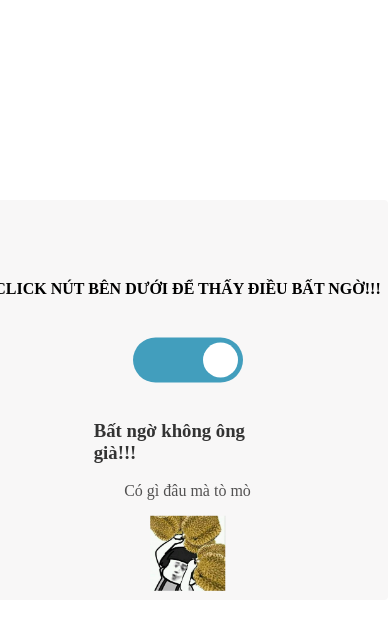
Repository: haokiet2501/troll-my-react
Page: /, after clicking the first element matching `div.toggle-center`
An editor plug-in stored every save of this project. The page is shown before and after the next save, followed by the edit.
The browser window is 375 px wide. The page is 388 px wide, then 375 px, so the pictures cover 388 px, including what lies to the right of the window. The pictures show the whole page.
The project was rebuilt for these pictures with package versions that can differ from the ones it lists, and the page was loaded fresh each time.

Above is the page before, as saved 2022-07-30 23:33:26.

### src/index.css
.toggle-center {
  position: absolute;
  top: 50%;
  left: 50%;
  transform: translate(-50%, -50%);
  width: 25rem;
  height: 25rem;
  border-radius: 0.25rem;
  background-color: #f8f7f7;
}

.toggle-center:hover {
  box-shadow: 0 4px 8px rgba(0, 0, 0, 0.25);
}

.toggle {
  position: absolute;
  top: 40%;
  left: 50%;
  transform: translate(-50%, -50%);
}

.todo-center {
  position: absolute;
  top: 62%;
  left: 50%;
  transform: translate(-50%, -50%);
  z-index: 999;
}

.todo-center .todo-img img {
  object-fit: cover;
  width: 75px;
  height: 75px;
}

.todo-img {
  display: flex;
  justify-content: center;
  align-items: center;
}

.toggle {
  width: 100px;
  height: 35px;
  background-color: #ccc;
  padding: 5px;
  border-radius: 100rem;
  cursor: pointer;
}

.toggle.active {
  background-color: #429EBD;
}

.toggle-title {
  position: relative;
  top: 20%;
  font-weight: 600;
  text-transform: uppercase;
  display: flex;
  justify-content: center;
  align-items: center;
}

.spinner {
  position: absolute;
  width: 35px;
  height: 35px;
  left: 0;
  margin-left: 5px;
  border-radius: 50%;
  background-color: #fff;
  transition: 0.3s linear;
}

.spinner.active {
  transform: translateX(65px);
  transition: 0.3s linear;
}

.toggle-on {
  margin-right: 0.5rem;
}

h3 {
  color: #333;
}

p {
  color: rgb(82, 81, 81);
  display: flex;
  justify-content: center;
  align-items: center;
}

@media screen and (max-width: 375px) {
  .toggle-center {

  }
}

### src/App.js
import Toggle from "./components/Toggle";

function App() {
  return (
    <>
      <Toggle />
    </>
  );
}

export default App;

### src/components/Toggle.jsx
import { useState } from "react"
import Todo from "./Todo";

const Toggle = () => {
    const [on, setOn] = useState(false);

    const handleClick = () => {
        setOn((on) => !on);
    }

    return (
        <>
            {on && <Todo />}
            <div className="toggle-center" onClick={handleClick}>
                <div className="toggle-title">Click nút bên dưới để thấy điều bất ngờ!!!</div>
                <div className={`toggle ${on ? 'active' : ''}`}>
                    <div className={`spinner ${on ? 'active' : ''}`}></div>
                </div>
            </div>
        </>
    )
}

export default Toggle

### src/components/Todo.jsx
import React from 'react'
import troll from '../imgs/troll.jpg'

const Todo = () => {
    return (
        <div className='todo-center'>
            <h3>Bất ngờ không ông già!!!</h3>
            <p>Có gì đâu mà tò mò</p>
            <div className="todo-img">
                <img src={troll} alt="" />
            </div>
        </div>
    )
}

export default Todo

Loaded but not shown: public/index.html (common file); src/index.js (common file); src/reportWebVitals.js (common file)

After the next save:
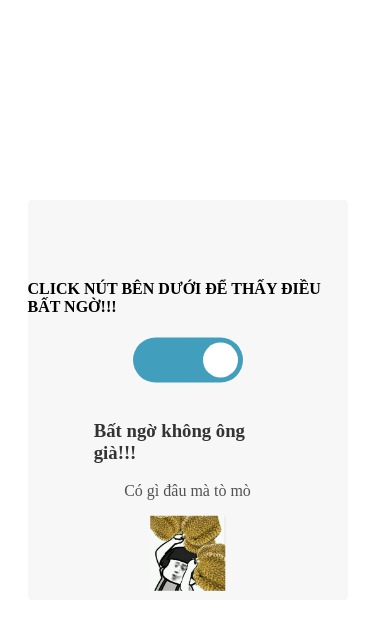
Saved 22 s later.
--- a/src/index.css
+++ b/src/index.css
@@ -96,6 +96,6 @@ p {
 
 @media screen and (max-width: 375px) {
   .toggle-center {
-
+    width: 20rem;
   }
 }
